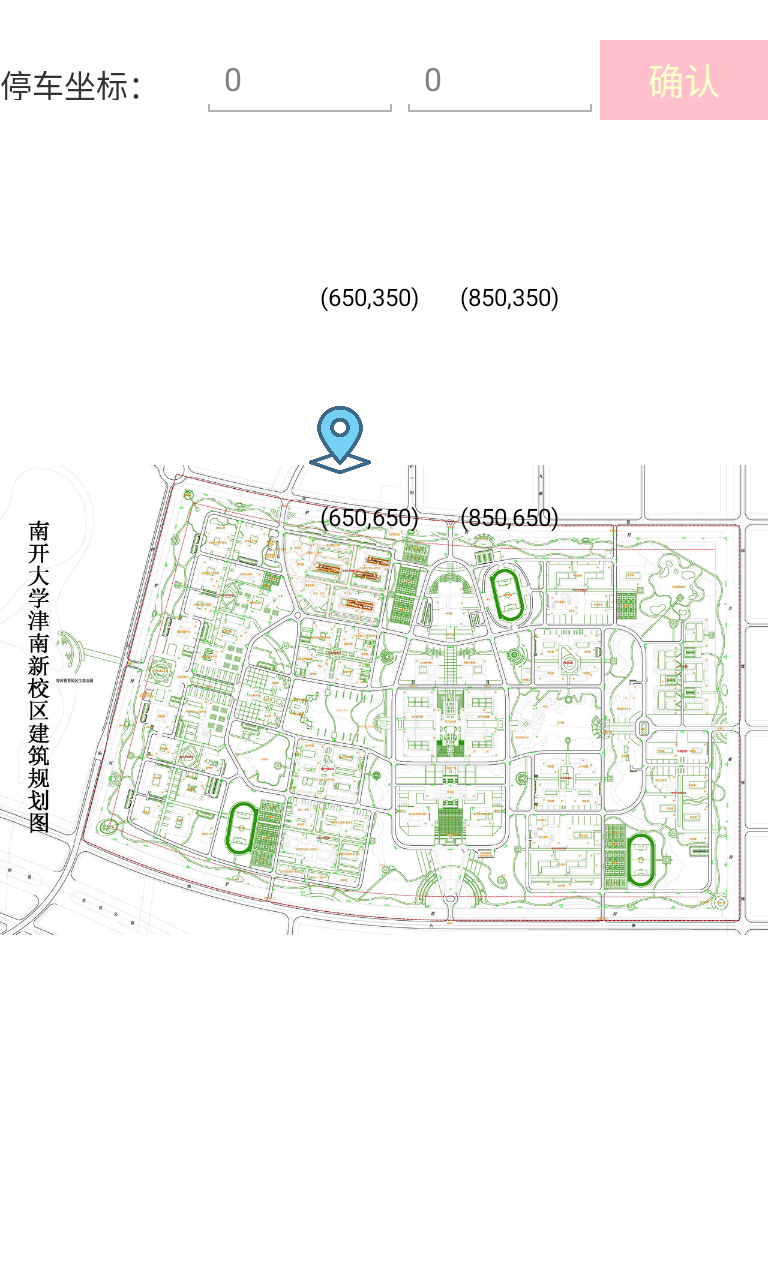
Repository: CovaWang/temporary_embedded
Layout: 7#车联·共享单车/代码/代码/res/layout/compass.xml
An editor plug-in stored every save of this project. The layout is shown before and after the next save, followed by the edit.
It is drawn on a 768 x 1280 px phone screen (xhdpi) without system bars, with theme AppTheme; the app's code is not run.

Above is the layout before, as saved 2024-05-08 11:47:31.

### 7#车联·共享单车/代码/代码/res/layout/compass.xml
<?xml version="1.0" encoding="utf-8"?>
<RelativeLayout xmlns:android="http://schemas.android.com/apk/res/android"
    android:layout_width="fill_parent"
    android:layout_height="match_parent"
    android:orientation="vertical" >


	    <TextView
			android:layout_width="100dp"
			android:layout_height="20dp"
			android:layout_marginTop='30dp'
			android:layout_marginLeft='0dp'
			android:text="停车坐标："
			android:textSize="16dp"
			android:layout_weight="1" />

	    <EditText
	        android:id="@+id/compass_text1"
			android:layout_width="100dp"
			android:layout_height="40dp"
			android:layout_marginTop='20dp'
			android:layout_marginLeft='100dp'
			android:hint="0"
			android:textSize="16sp"
			android:textColor="#8A2BE2"
			android:layout_weight="1" />

	    <EditText
	        android:id="@+id/compass_text2"
			android:layout_width="100dp"
			android:layout_height="40dp"
			android:layout_marginTop='20dp'
			android:layout_marginLeft='200dp'
			android:hint="0"
			android:textSize="16sp"
			android:textColor="#8A2BE2"
			android:layout_weight="1" />

	    <Button
        android:id="@+id/compass_btn"
        android:layout_width="100dp"
        android:layout_height="40dp"
        android:layout_marginTop="20dp"
        android:layout_marginLeft="300dp"
        android:background="#FFC0CB"
        android:text="确认"
        android:textColor="#FFC" />


    <ImageView
        android:id="@+id/compass_img"
        android:layout_width="match_parent"
        android:layout_height="match_parent"
        android:layout_marginTop='60dp'
	    android:layout_marginLeft='0dp'
        android:src="@drawable/map"
        android:layout_weight="1" />

    <!-- 当前位置 -->
     <ImageView
        android:id="@+id/compass_sit"
        android:layout_width="40dp"
        android:layout_height="40dp"
        android:layout_marginTop='200dp'
	    android:layout_marginLeft='150dp'
        android:src="@drawable/situation"
        android:layout_weight="1" />
   <!-- 白包坐标 -->
    <!-- 左下点 (225,275)-->
     <TextView
         android:layout_width="match_parent"
         android:layout_height="match_parent"
         android:layout_weight="1"
         android:layout_marginTop='250dp'
	     android:layout_marginLeft='160dp'
         android:text="(650,650)"
         android:textColor="#000000"
         android:textSize="12dp" />
     <!-- 右下点(525,275) -->
     <TextView
         android:layout_width="match_parent"
         android:layout_height="match_parent"
         android:layout_weight="1"
         android:layout_marginTop='250dp'
	     android:layout_marginLeft='230dp'
         android:text="(850,650)"
         android:textColor="#000000"
         android:textSize="12dp" />
     <!-- 右上点 (525,150)-->
     <TextView
         android:layout_width="match_parent"
         android:layout_height="match_parent"
         android:layout_weight="1"
         android:layout_marginTop='140dp'
	     android:layout_marginLeft='230dp'
         android:text="(850,350)"
         android:textColor="#000000"
         android:textSize="12dp" />
	  <!-- 左上点 (225,150)-->
      <TextView
         android:layout_width="match_parent"
         android:layout_height="match_parent"
         android:layout_weight="1"
         android:layout_marginTop='140dp'
	     android:layout_marginLeft='160dp'
         android:text="(650,350)"
         android:textColor="#000000"
         android:textSize="12dp" />

      <!-- 红包坐标 -->
    <!-- 左下点 (225,275)-->
     <TextView
         android:layout_width="match_parent"
         android:layout_height="match_parent"
         android:layout_weight="1"
         android:layout_marginTop='250dp'
	     android:layout_marginLeft='160dp'
         android:text="(310,550)"
         android:textColor="#0000"
         android:textSize="12dp" />
     <!-- 右下点(525,275) -->
     <TextView
         android:layout_width="match_parent"
         android:layout_height="match_parent"
         android:layout_weight="1"
         android:layout_marginTop='250dp'
	     android:layout_marginLeft='230dp'
         android:text="(480,550)"
         android:textColor="#0000"
         android:textSize="12dp" />
     <!-- 右上点 (525,150)-->
     <TextView
         android:layout_width="match_parent"
         android:layout_height="match_parent"
         android:layout_weight="1"
         android:layout_marginTop='140dp'
	     android:layout_marginLeft='230dp'
         android:text="(480,200)"
         android:textColor="#0000"
         android:textSize="12dp" />
	  <!-- 左上点 (225,150)-->
      <TextView
         android:layout_width="match_parent"
         android:layout_height="match_parent"
         android:layout_weight="1"
         android:layout_marginTop='140dp'
	     android:layout_marginLeft='160dp'
         android:text="(310,200)"
         android:textColor="#0000"
         android:textSize="12dp" />
</RelativeLayout>

### 7#车联·共享单车/代码/代码/res/values/styles.xml
<resources>

    <!--
        Base application theme, dependent on API level. This theme is replaced
        by AppBaseTheme from res/values-vXX/styles.xml on newer devices.

    -->
    <style name="AppBaseTheme" parent="android:Theme.Light">
        <!--
            Theme customizations available in newer API levels can go in
            res/values-vXX/styles.xml, while customizations related to
            backward-compatibility can go here.

        -->
    </style>

    <!-- Application theme. -->
    <style name="AppTheme" parent="AppBaseTheme">
        <!-- All customizations that are NOT specific to a particular API-level can go here. -->
    </style>
    <!-- 高宽都包裹内容 -->
    <style name="wrapcontent">
        <item name="android:layout_width">wrap_content</item>
        <item name="android:layout_height">wrap_content</item>
    </style>

    <!-- 自定义对话框样式 -->
    <style name="dialog_custom" parent="android:style/Theme.Dialog">
        <item name="android:windowFrame">@null</item>
        <item name="android:windowNoTitle">true</item>
        <item name="android:background">#00000000</item>
        <item name="android:windowBackground">@android:color/transparent</item>
    </style>
    <!-- TextView 16sp样式 -->
    <style name="textview16sp" parent="wrapcontent">
        <item name="android:textSize">16sp</item>
        <item name="android:gravity">center_vertical</item>
    </style>

    <!-- TextView 14sp样式 -->
    <style name="textview12sp" parent="wrapcontent">
        <item name="android:textSize">12sp</item>
        <item name="android:gravity">center_vertical</item>
    </style>
    <!-- TextView 14sp样式 -->
    <style name="textview14sp" parent="wrapcontent">
        <item name="android:textSize">14sp</item>
        <item name="android:gravity">center_vertical</item>
    </style>

    <!-- 宽度为0dp,高度为包裹内容，权重为1 -->
    <style name="zero_widthwrapcontent">
        <item name="android:layout_width">0dp</item>
        <item name="android:layout_height">wrap_content</item>
        <item name="android:layout_weight">1</item>
    </style>

    <!-- 黄色14sp,图片间距为5dp的textview -->
    <style name="tvyellow14sp" parent="zero_widthwrapcontent">
        <item name="android:textSize">14sp</item>
        <item name="android:drawablePadding">3dp</item>
        <item name="android:gravity">center</item>
        <item name="android:textColor">@color/bright_yellow</item>
    </style>

</resources>

Loaded but not shown: 7#车联·共享单车/代码/代码/res/values-v11/styles.xml (common file); 7#车联·共享单车/代码/代码/res/values-v14/styles.xml (common file)

After the next save:
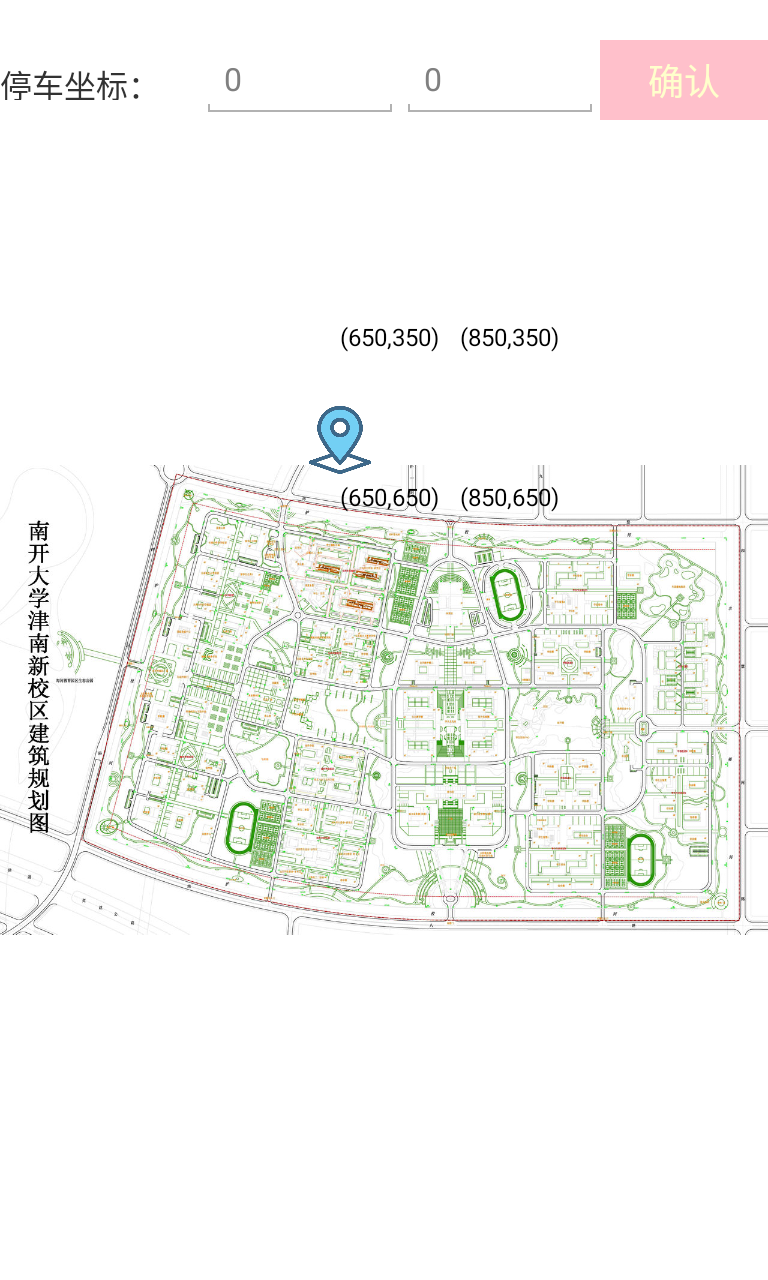
Saved 2 min 35 s later.
--- a/7#车联·共享单车/代码/代码/res/layout/compass.xml
+++ b/7#车联·共享单车/代码/代码/res/layout/compass.xml
@@ -71,8 +71,8 @@
          android:layout_width="match_parent"
          android:layout_height="match_parent"
          android:layout_weight="1"
-         android:layout_marginTop='250dp'
-	     android:layout_marginLeft='160dp'
+         android:layout_marginTop='240dp'
+	     android:layout_marginLeft='170dp'
          android:text="(650,650)"
          android:textColor="#000000"
          android:textSize="12dp" />
@@ -81,7 +81,7 @@
          android:layout_width="match_parent"
          android:layout_height="match_parent"
          android:layout_weight="1"
-         android:layout_marginTop='250dp'
+         android:layout_marginTop='240dp'
 	     android:layout_marginLeft='230dp'
          android:text="(850,650)"
          android:textColor="#000000"
@@ -91,7 +91,7 @@
          android:layout_width="match_parent"
          android:layout_height="match_parent"
          android:layout_weight="1"
-         android:layout_marginTop='140dp'
+         android:layout_marginTop='160dp'
 	     android:layout_marginLeft='230dp'
          android:text="(850,350)"
          android:textColor="#000000"
@@ -101,14 +101,14 @@
          android:layout_width="match_parent"
          android:layout_height="match_parent"
          android:layout_weight="1"
-         android:layout_marginTop='140dp'
-	     android:layout_marginLeft='160dp'
+         android:layout_marginTop='160dp'
+	     android:layout_marginLeft='170dp'
          android:text="(650,350)"
          android:textColor="#000000"
          android:textSize="12dp" />
 
       <!-- 红包坐标 -->
-    <!-- 左下点 (225,275)-->
+    <!-- 左下点 -->
      <TextView
          android:layout_width="match_parent"
          android:layout_height="match_parent"
@@ -118,7 +118,7 @@
          android:text="(310,550)"
          android:textColor="#0000"
          android:textSize="12dp" />
-     <!-- 右下点(525,275) -->
+     <!-- 右下点 -->
      <TextView
          android:layout_width="match_parent"
          android:layout_height="match_parent"
@@ -128,7 +128,7 @@
          android:text="(480,550)"
          android:textColor="#0000"
          android:textSize="12dp" />
-     <!-- 右上点 (525,150)-->
+     <!-- 右上点 -->
      <TextView
          android:layout_width="match_parent"
          android:layout_height="match_parent"
@@ -138,7 +138,7 @@
          android:text="(480,200)"
          android:textColor="#0000"
          android:textSize="12dp" />
-	  <!-- 左上点 (225,150)-->
+	  <!-- 左上点 -->
       <TextView
          android:layout_width="match_parent"
          android:layout_height="match_parent"
